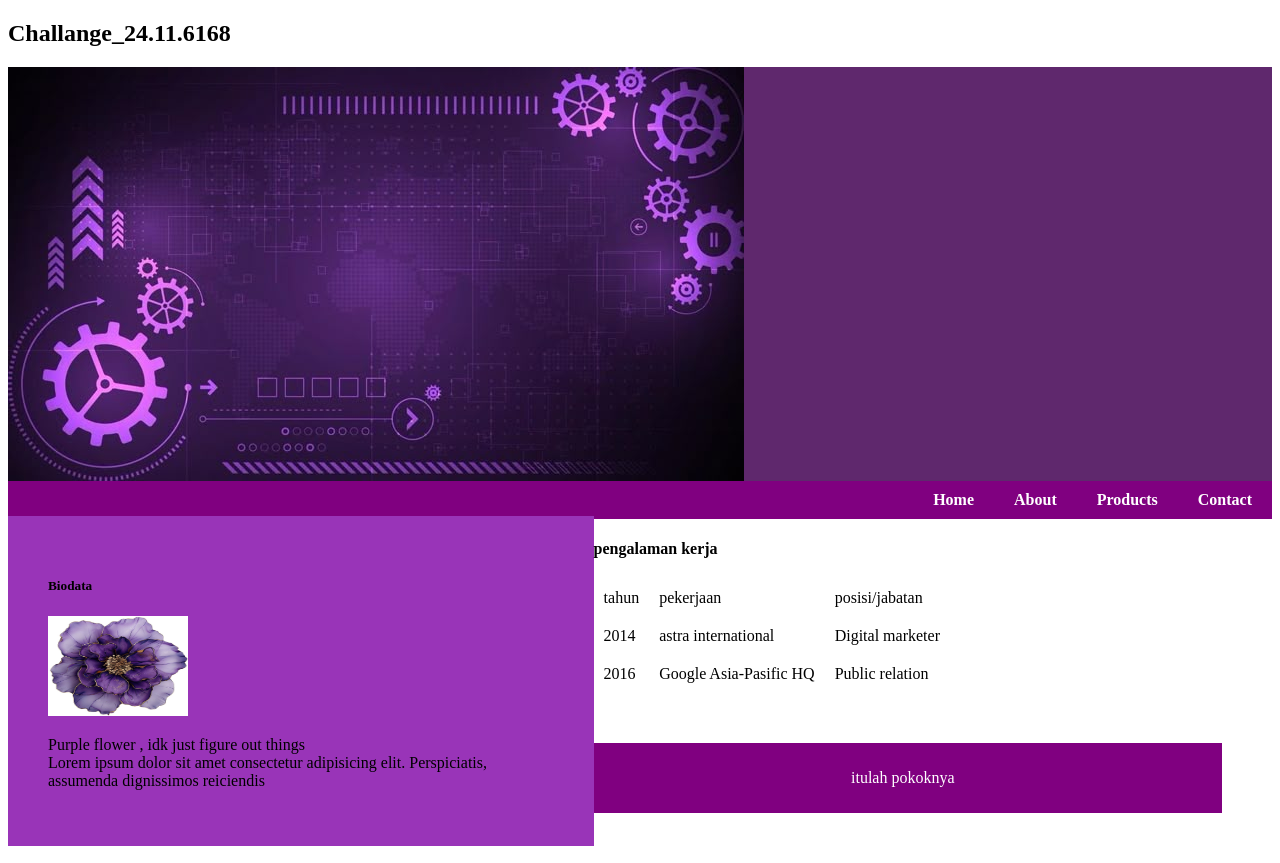
Repository: Ms-Ulfiyahrustam/p5_pemogramanweb
Page: index.html
An editor plug-in stored every save of this project. The page is shown before and after the next save, followed by the edit.
The browser window is 1280 px wide. The pictures show the whole page.

Above is the page before, as saved 2026-04-27 10:01:11.

### index.html
<!DOCTYPE html>
<html lang="en">
<head>
    <meta charset="UTF-8">
    <meta name="viewport" content="width=device-width, initial-scale=1.0">
    <link rel="stylesheet" href="style.css">
    <title>Document</title>
</head>
<body class="">
    <h2>Challange_24.11.6168</h2>
    <div class="flex-container">
        <img src="download.jpg" alt="">
    </div>
    <div class="leftside">
        <h5>Biodata</h5>
        <img src="purple.jpg" alt="" width="140" height="100" >
        <p>Purple flower , idk just figure out things <br>
            Lorem ipsum dolor sit amet consectetur adipisicing elit. Perspiciatis, assumenda dignissimos reiciendis  <br>
        </p>
    </div>
    <div class="midplace">
<nav class="menu">
  <ul>
    <li><a href="#">Home</a></li>
    <li><a href="#">About</a></li>
    <li><a href="#">Products</a></li>
    <li><a href="#">Contact</a></li>
  </ul>
</nav>
        </div>

        <div class="rightside">
            <h4>pengalaman kerja</h4>
            <table cellspacing="0" cellpadding="10" colspan="3" >
                    <tr >
                        <td>tahun</td>
                        <td> pekerjaan</td>
                        <td>posisi/jabatan</td>
                    </tr>
                    <tr >
                        <td>2014</td>
                        <td>astra international</td>
                        <td>Digital marketer</td>
                    </tr>

                    <tr>
                        <td>2016</td>
                        <td>Google Asia-Pasific HQ</td>
                        <td>Public relation</td>
                    </tr>
            </table>
        </div>


        <footer class="footer">
            <p>itulah pokoknya</p>
        </footer>
</body>
</html>

### style.css


.flex-container{
    display: flex;
    background-color: rgb(95, 40, 109);
    margin: auto;
}

.leftside{

    float:left;
    background-color: rgb(153, 52, 184);
    margin-top: 35px;
    width:40%;
    height: 40%;
    padding: 40px;


}

leftside img{
    justify-content: center;
}

.rightside{
    justify-content: right;
}

.rightside h5 {
    justify-content: center;
    margin: auto;
    padding: 10px;
}


.midplace{
    background-color: purple;
    color: azure;

}

.menu {
  background-color: purple;
  padding: 10px 0;
}

.menu ul {
  display: flex;
  justify-content: right;
  list-style: none;
  margin: 0;
  padding: 0;
}

.menu li {
  margin: 0 20px;
}

.menu a {
  text-decoration: none;
  color: white;
  font-weight: bold;
}

.footer {
    background-color :purple;
    padding: 10px;
    margin: 50px;
    text-align: center;
    color : white;
}

After the next save:
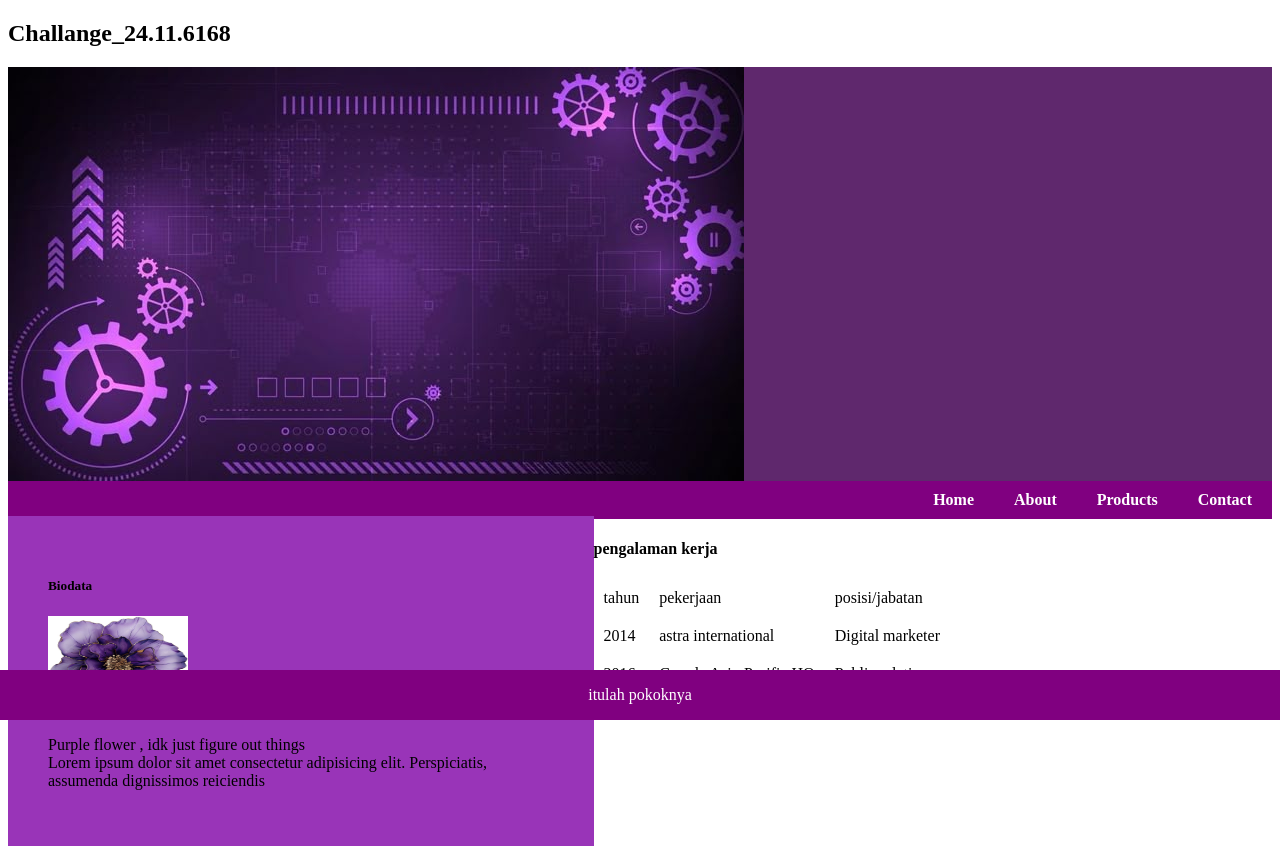
Saved 41 s later.
--- a/style.css
+++ b/style.css
@@ -63,9 +63,10 @@ leftside img{
 }
 
 .footer {
-    background-color :purple;
-    padding: 10px;
-    margin: 50px;
+    background-color :purple;position: fixed;
+    left: 0;
+    bottom: 0;
+    width: 100%;
+    color: white;
     text-align: center;
-    color : white;
 }
